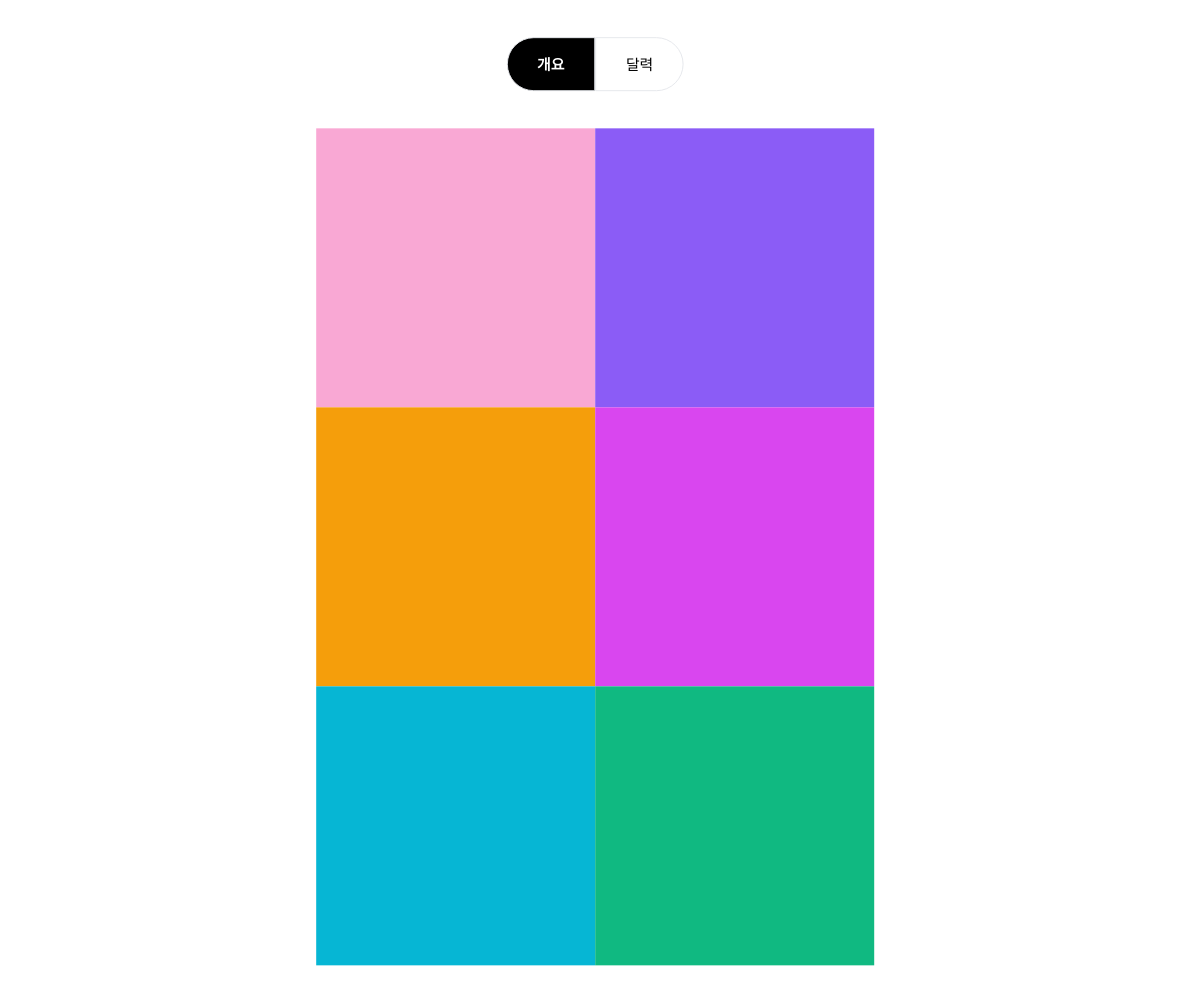
Repository: honey-punch/my-alcohol
Page: /
These files come from the project's save history. The page is drawn as it stood at one moment and after the next save; the edit follows.
The browser window is 1280 px wide. The pictures show the whole page, at 93% of full size.
The project was rebuilt for these pictures with package versions that can differ from the ones it lists, and the page was loaded fresh each time. The framework's server and built-in components were replaced by stand-ins that run in the browser. Also part of the build but not shown: next.config.ts, src/app/_component/Calendar.tsx.

Above is the page before, as saved 2025-02-10 15:43:47.

### src/app/page.tsx
"use client";

import { useState } from "react";
import Summary from "./_component/Summary";
import Calendar from "./_component/Calendar";

type ViewType = "summary" | "calendar";

export default function Home() {
  // useState
  const [viewType, setViewType] = useState<ViewType>("summary");

  // functions
  function handleChangeViewType() {
    if (viewType === "summary") {
      setViewType("calendar");
    } else {
      setViewType("summary");
    }
  }

  return (
    <div className="w-full flex flex-col items-center p-10 gap-10">
      <div onClick={handleChangeViewType} className="flex">
        <button
          className={`${
            viewType === "summary"
              ? "bg-black text-white font-black"
              : "hover:bg-black/20"
          } rounded-s-full border px-8 py-4 transition-colors`}
        >
          개요
        </button>
        <button
          className={`${
            viewType === "calendar"
              ? "bg-black text-white font-black"
              : "hover:bg-black/20"
          } rounded-e-full border px-8 py-4 transition-colors`}
        >
          달력
        </button>
      </div>
      {viewType === "summary" ? <Summary /> : <Calendar />}
    </div>
  );
}

### src/app/_component/Summary.tsx
const BOX_SIZE = 300;

export default function Summary() {
  const today = new Date();

  // TODO - DB에서 받아온 술마신 날들 중 가장 마지막 날
  const lastDay = new Date("2025-02-08T22:00:00");

  function getTimeDiff() {
    const diffMs = Math.abs(today.getTime() - lastDay.getTime());
    const hours = Math.floor(diffMs / (1000 * 60 * 60));
    const minutes = Math.floor((diffMs % (1000 * 60 * 60)) / (1000 * 60));

    return `${hours}시간 ${minutes}분`;
  }

  function getDayDiff() {
    const diffMs = Math.abs(today.getTime() - lastDay.getTime());
    const days = Math.floor(diffMs / (1000 * 60 * 60 * 24));

    return `${days}일 `;
  }

  console.log(getTimeDiff());
  console.log(getDayDiff());

  return (
    <div className="grid grid-cols-2">
      <div
        style={{ width: `${BOX_SIZE}px`, height: BOX_SIZE }}
        className="bg-pink-300"
      ></div>
      <div
        style={{ width: `${BOX_SIZE}px`, height: BOX_SIZE }}
        className="bg-violet-500"
      ></div>
      <div
        style={{ width: `${BOX_SIZE}px`, height: BOX_SIZE }}
        className="bg-amber-500"
      ></div>
      <div
        style={{ width: `${BOX_SIZE}px`, height: BOX_SIZE }}
        className="bg-fuchsia-500"
      ></div>
      <div
        style={{ width: `${BOX_SIZE}px`, height: BOX_SIZE }}
        className="bg-cyan-500"
      ></div>
      <div
        style={{ width: `${BOX_SIZE}px`, height: BOX_SIZE }}
        className="bg-emerald-500"
      ></div>
    </div>
  );
}

Loaded but not shown: src/app/layout.tsx (common file); src/app/globals.css (common file); tailwind.config.ts (common file)

After the next save:
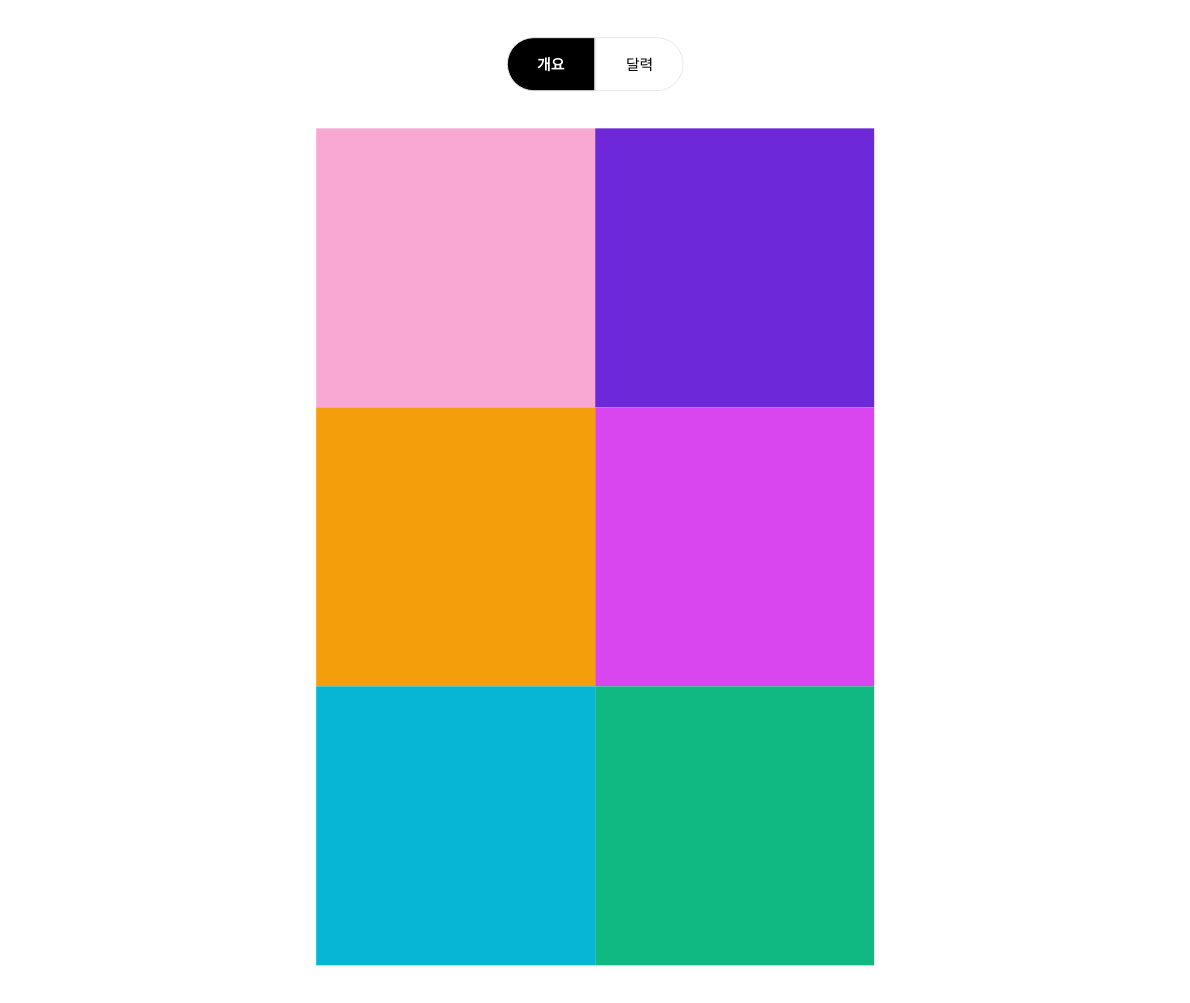
Saved 17 s later.
--- a/src/app/_component/Summary.tsx
+++ b/src/app/_component/Summary.tsx
@@ -32,7 +32,7 @@ export default function Summary() {
       ></div>
       <div
         style={{ width: `${BOX_SIZE}px`, height: BOX_SIZE }}
-        className="bg-violet-500"
+        className="bg-violet-700"
       ></div>
       <div
         style={{ width: `${BOX_SIZE}px`, height: BOX_SIZE }}
